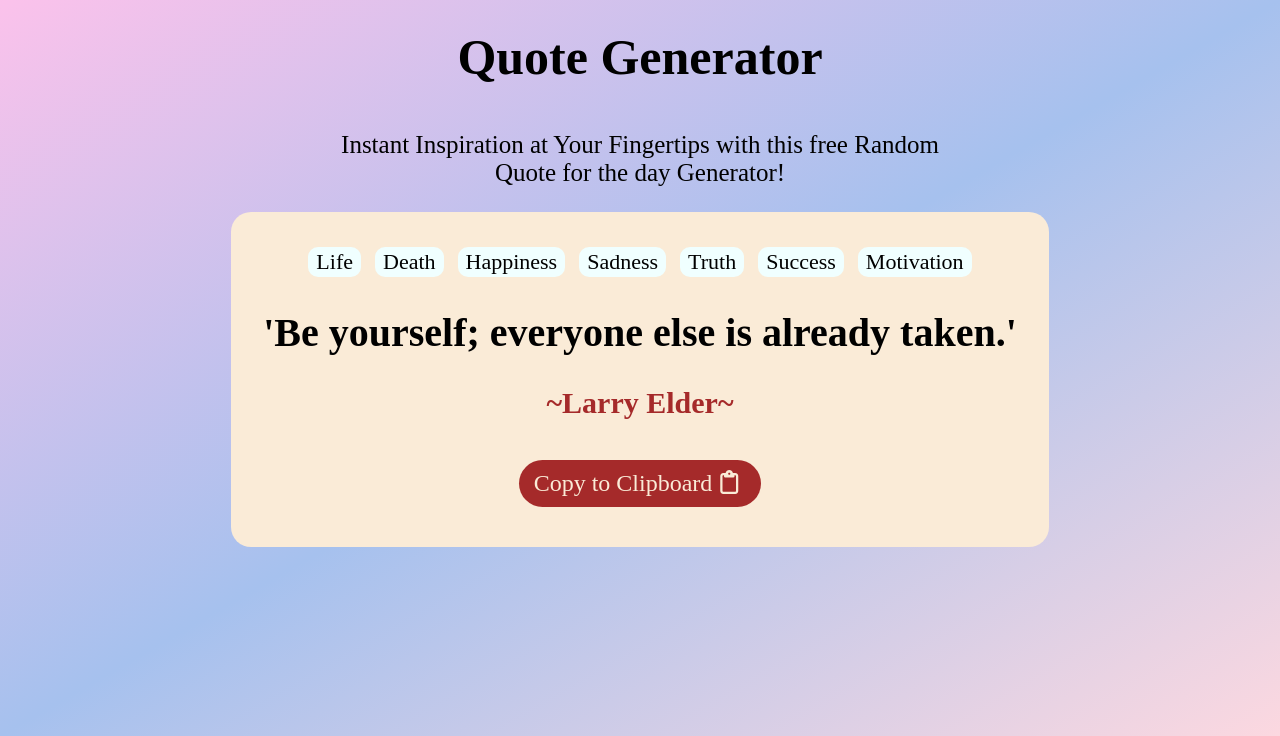
Repository: moehaymanmyint/Random-Quote-Generator
Page: index.html
These files come from the project's save history. The page is drawn as it stood at one moment and after a run of saves; the edit follows.
The browser window is 1280 px wide. The pictures show the whole page.
Some web fonts or font styles are not loaded; a fallback is used. Some web libraries are served in a nearby version.

Above is the page before, as saved 2024-11-07 23:14:26.

After the next 2 saves:
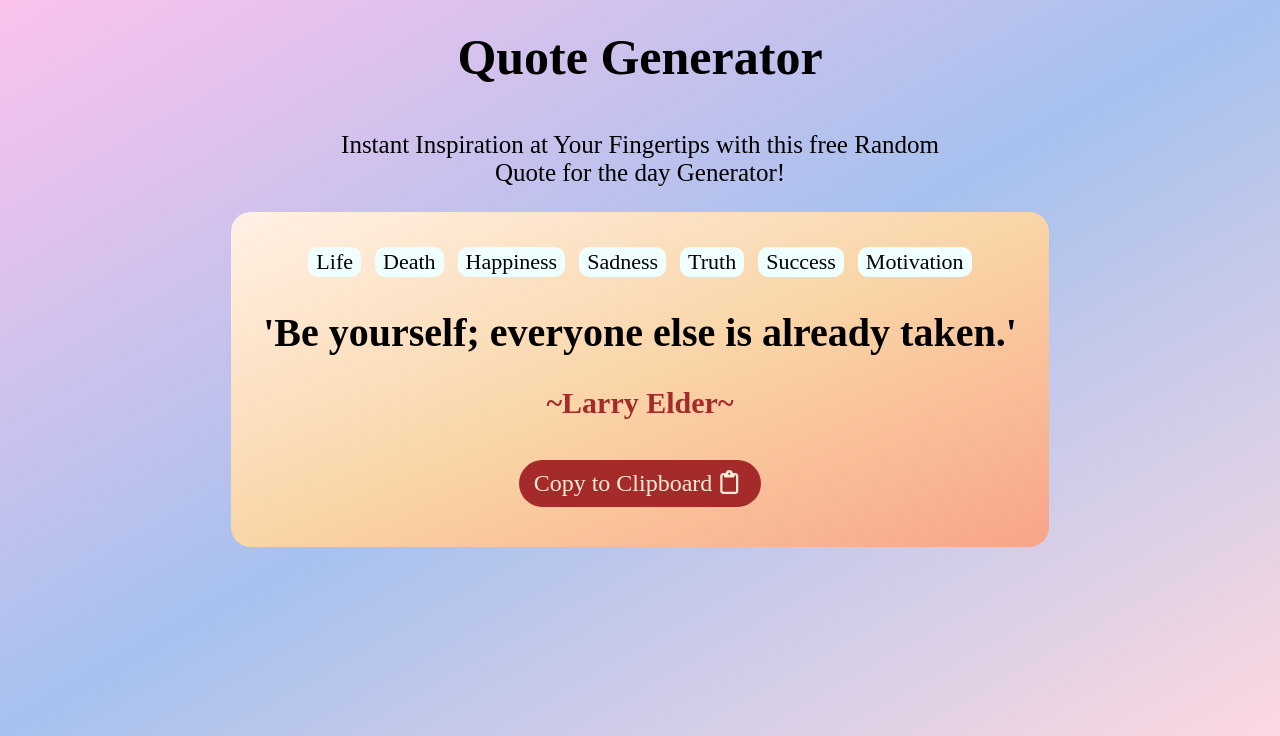
The 2 saves are shown as one change because they came seconds apart.
The last was saved 20 s later.
--- a/style.css
+++ b/style.css
@@ -32,7 +32,7 @@
 }
 
 .quote-box{
-    background-color: antiquewhite;
+    background: linear-gradient(to bottom right, #fff1e6, #f9d5a7, #f8a488);
     padding: 30px;
     display: flex;
     flex-direction: column;
